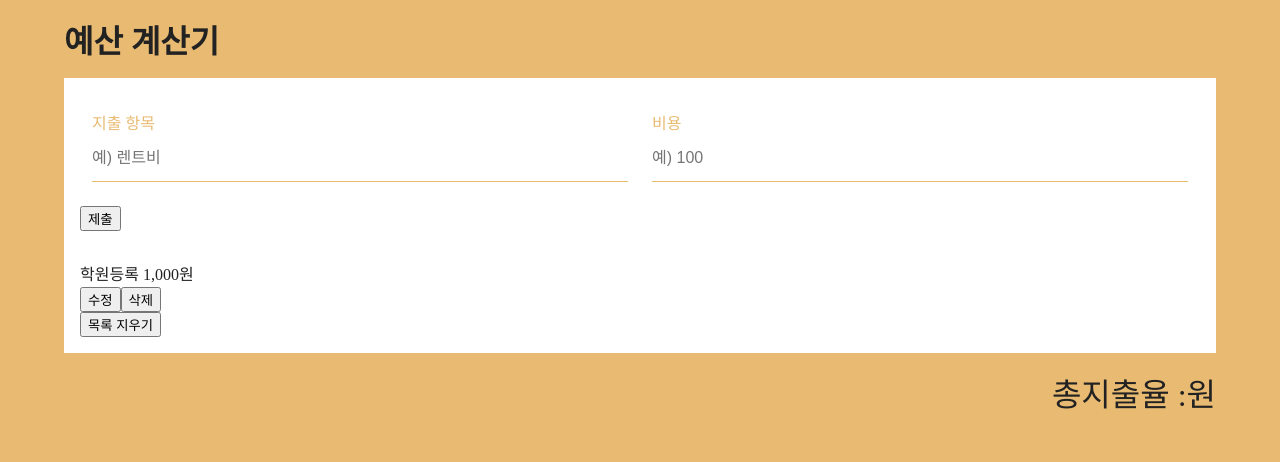
Repository: jongheonleee/budget_calculator
Page: /
An editor plug-in stored every save of this project. The page is shown before and after the next save, followed by the edit.
The browser window is 1280 px wide. The pictures show the whole page.
The project was rebuilt for these pictures with package versions that can differ from the ones it lists, and the page was loaded fresh each time.

Above is the page before, as saved 2025-02-08 12:43:08.

After the next save:
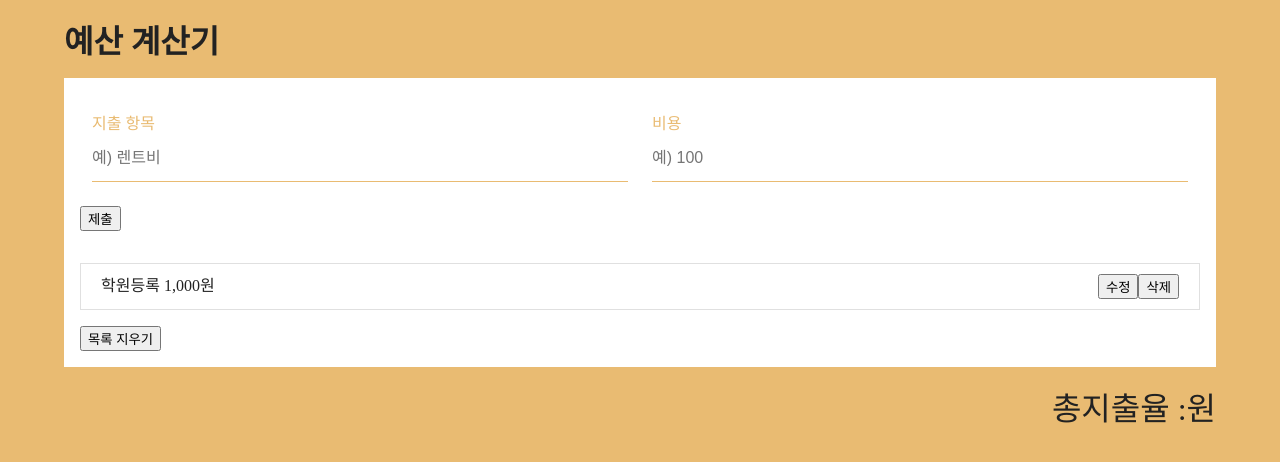
Saved 45 s later.
--- a/src/components/ExpenseItem.css
+++ b/src/components/ExpenseItem.css
@@ -1,5 +1,9 @@
 .item {
     background-color: var(--mainWhite);
     line-height: 1.5rem;
-
+    padding: 10px 20px;
+    margin-bottom: 1rem;
+    border : 1px solid #e0e0e0;
+    display: flex;
+    justify-content: space-between;
 }
